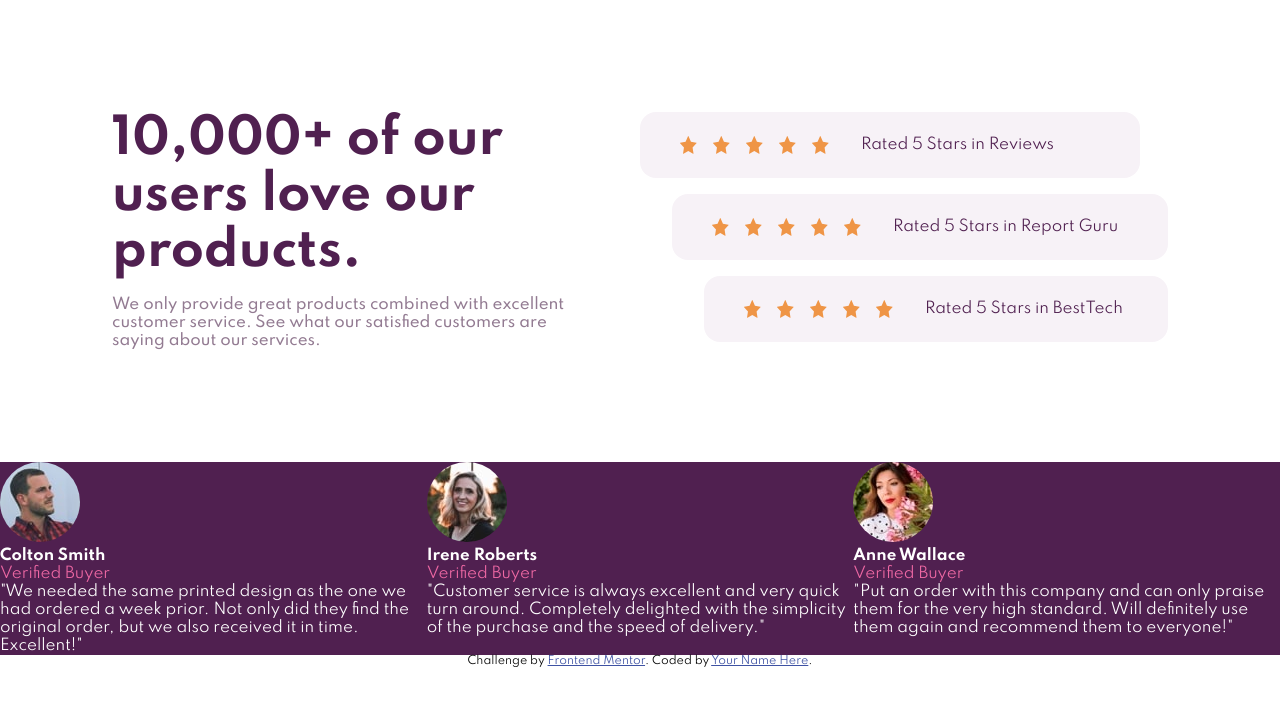
Repository: Pedrohamoura-Git/Frontend-Mentor-Challenges
Page: Newbie/social-proof-section-master/index.html
The author's editor kept a copy of each file at every save. The page is drawn from the files as they stood at one save, then again after the next save.
The browser window is 1280 px wide. The pictures show the whole page.

Above is the page before, as saved 2021-05-30 12:26:33.

### Newbie/social-proof-section-master/index.html
<!DOCTYPE html>
<html lang="en">
  <head>
    <meta charset="UTF-8" />
    <meta name="viewport" content="width=device-width, initial-scale=1.0" />
    <!-- displays site properly based on user's device -->

    <link
      rel="icon"
      type="image/png"
      sizes="32x32"
      href="./images/favicon-32x32.png"
    />

    <link rel="stylesheet" href="css/style.css">

    <title>Frontend Mentor | Social proof section</title>

    <!-- Feel free to remove these styles or customise in your own stylesheet 👍 -->
    <style>
      .attribution {
        font-size: 11px;
        text-align: center;
      }
      .attribution a {
        color: hsl(228, 45%, 44%);
      }
    </style>
  </head>

  <body>
    <div class="wrapper">
      <!-- Start header -->
      <header>
        <div id="title">
          <h1>10,000+ of our users love our products.</h1>

          <p>We only provide great products combined with excellent customer service. See what our satisfied customers are saying about our services.</p>
        </div>

        <!-- Start ratings -->
        <aside id="ratings">

          <!-- Start section-a -->
          <div id="section-a">
            <img src="images/icon-star.svg" alt="Rating-a">
            <img src="images/icon-star.svg" alt="Rating-a">
            <img src="images/icon-star.svg" alt="Rating-a">
            <img src="images/icon-star.svg" alt="Rating-a">
            <img src="images/icon-star.svg" alt="Rating-a">
            <p>Rated 5 Stars in Reviews</p>
          </div>
          <!-- /End section-a  -->

          <!-- Start section-b  -->
          <div id="section-b">
            <img src="images/icon-star.svg" alt="Rating-b">
            <img src="images/icon-star.svg" alt="Rating-b">
            <img src="images/icon-star.svg" alt="Rating-b">
            <img src="images/icon-star.svg" alt="Rating-b">
            <img src="images/icon-star.svg" alt="Rating-b">
            <p>Rated 5 Stars in Report Guru</p>
          </div>
          <!-- /End section-b  -->

          <!-- Start section-c  -->
            <div id="section-c">
              <img src="images/icon-star.svg" alt="Rating-c">
              <img src="images/icon-star.svg" alt="Rating-c">
              <img src="images/icon-star.svg" alt="Rating-c">
              <img src="images/icon-star.svg" alt="Rating-c">
              <img src="images/icon-star.svg" alt="Rating-c">
              <p>Rated 5 Stars in BestTech</p>
            </div>
          <!-- /End section-c  -->
          </aside>

      </header>
      <!-- End header -->

      <!-- Start reviews  -->
      <div id="reviews">

        <!-- Start section-d  -->
        <div id="section-d">
          <img src="images/image-colton.jpg" alt="Colton's picture">
          <h4 class="name">Colton Smith</h4>
          <p class="verified">Verified Buyer</h4>
          <p>
            "We needed the same printed design as the one we had ordered a week prior.
            Not only did they find the original order, but we also received it in time.
            Excellent!"
          </p>
        </div>
        <!-- /End section-d -->

        <!-- Start section-e  -->
        <div id="section-e">
          <img src="images/image-irene.jpg" alt="Irene's picture">
          <h4 class="name">Irene Roberts </h4>
          <p class="verified">Verified Buyer</h4>
          <p>
            "Customer service is always excellent and very quick turn around. Completely
            delighted with the simplicity of the purchase and the speed of delivery."
          </p>
        </div>
        <!-- /End section-e -->

        <!-- Start section-f -->
        <div id="section-f">
          <img src="images/image-anne.jpg" alt="Anne's picture">
          <h4 class="name">Anne Wallace</h4>
          <p class="verified">Verified Buyer</h4>
          <p class="commentary">
            "Put an order with this company and can only praise them for the very high
            standard. Will definitely use them again and recommend them to everyone!"
          </p>
        </div>
      </div>
      <!-- /End section-f  -->

    </div>
    <!-- End Reviews  -->

    <div class="attribution">
      Challenge by
      <a href="https://www.frontendmentor.io?ref=challenge" target="_blank"
        >Frontend Mentor</a
      >. Coded by <a href="#">Your Name Here</a>.
    </div>
  </body>
</html>

### Newbie/social-proof-section-master/css/style.css
/*
** Basic Format
*/
    @import url('https://fonts.googleapis.com/css2?family=Spartan:wght@400;500;700&display=swap');

    * {
        box-sizing: border-box;
        margin: 0;
        padding: 0;
    }

    body {
        font-family: Spartan;
        font-size: 15px;
        /* font-weight:  700; */
    }

    header h1 {
        color: hsl(300, 43%, 22%);
    }

    header p {
        color: hsl(303, 10%, 53%);
    }


    #ratings #section-a, #section-b, #section-c {
        background-color: hsl(300, 24%, 96%);
        /* text-align: center; */
    }

    #ratings p {
        color: hsl(300, 43%, 22%);
    }


    #reviews #section-d, #section-e, #section-f {
        background-color: hsl(300, 43%, 22%);
        color: white;
    }

    #reviews img {
        border-radius: 5rem;
    }

    #reviews p.verified {
        color:hsl(333, 80%, 67%);
    }

/*
** Wrapper
*/

    /*
    ** Header
    */
        /*
        ** Header - Title
        */
            header {
                display: grid;
                grid-template-columns: repeat(2, 1fr);
                padding: 7rem;

                /* background-color: green; */
            }

            header #title {
                max-width: 480px;

                /* border: 1px solid green; */
            }

            header #title h1 {
                font-size: 3rem;
                margin-bottom: 1rem;
            }

            header #title p {
                font-weight: 500;
            }

        /*
        ** Header - Ratings
        */
            #ratings {
                /* border: 1px solid red; */
            }

            #section-a, #section-b, #section-c {
                border-radius: 1rem;
                max-width: 500px;
                padding: 1.5rem;

                /* background-color: red; */
            }

            #section-a, #section-b, #section-c  {
                display: flex;
                flex-wrap: wrap;

            }

            #section-a img, #section-b img, #section-c img {
                margin-left: 1rem;
            }

            #section-a p, #section-b p, #section-c p {
                margin-left: 2rem;
                margin-bottom: 0rem;
            }

            /*
            ** Header - Ratings - Section-b
            */
                #section-b {
                    margin-left: 2rem;
                    margin-top: 1rem;
                }


            /*
            ** Header - Ratings - Section-c
            */
                #section-c {
                    margin-left: 4rem;
                    margin-top: 1rem;
                }

    /*
    ** Reviews
    */
        #reviews {
            display: grid;
            grid-template-columns: repeat(3, 1fr);
            /* column-gap: 1rem; */
        }

        #section-d {

        }

After the next save:
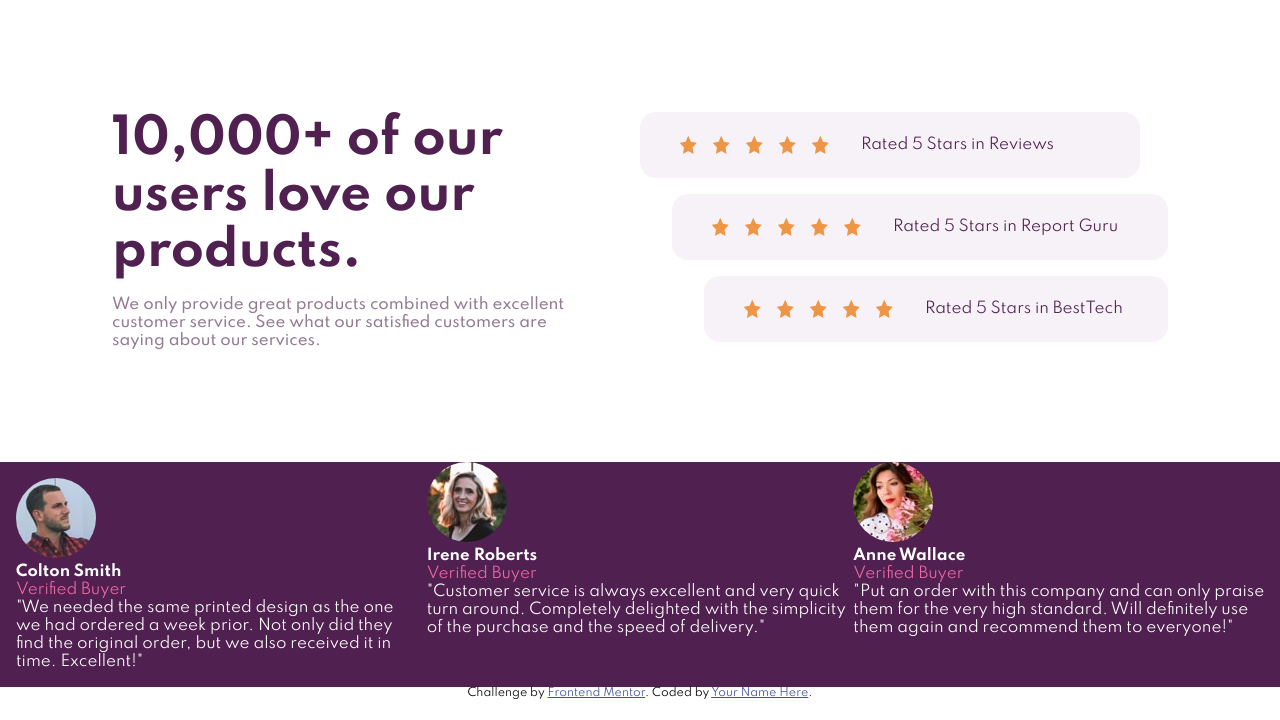
Saved 2 s later.
--- a/Newbie/social-proof-section-master/css/style.css
+++ b/Newbie/social-proof-section-master/css/style.css
@@ -137,5 +137,5 @@
         }
 
         #section-d {
-
+            padding: 1rem
         }
